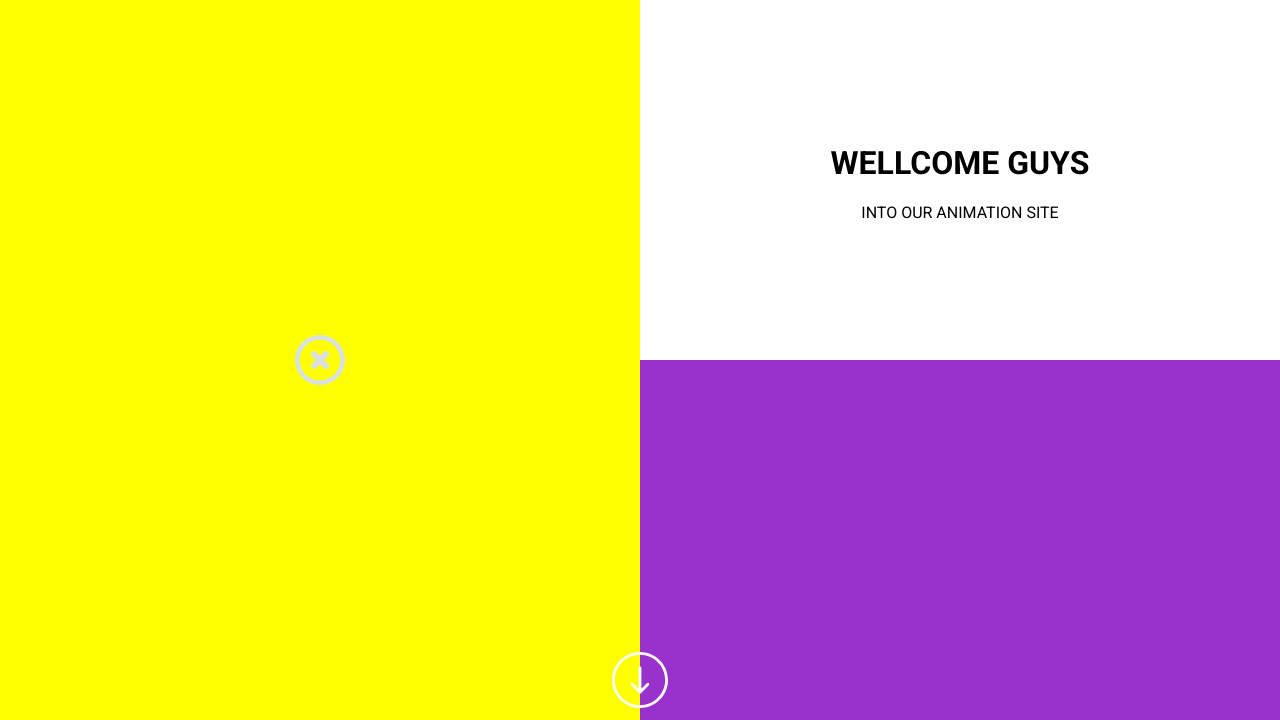
Repository: Rinzlerte/react-reveale-animation
Page: /main
An editor plug-in stored every save of this project. The page is shown before and after the next save, followed by the edit.
The browser window is 1280 px wide. The pictures show the whole page.
The project was rebuilt for these pictures with package versions that can differ from the ones it lists, and the page was loaded fresh each time. Also part of the build but not shown: src/components/home/Promoslider.jsx, src/components/home/Header.jsx, src/components/home/Home.jsx, src/components/secondary/Secondary.css, src/components/secondary/Secondary.jsx, src/components/ui/BackBtn.js, src/components/featured/About.jsx, src/components/featured/Inform.jsx and 3 more.

Above is the page before, as saved 2019-10-22 17:17:19.

### public/index.html
<!DOCTYPE html>
<html lang="en">
  <head>
    <meta charset="utf-8" />
    <link rel="icon" href="%PUBLIC_URL%/favicon.ico" />
    <meta name="viewport" content="width=device-width, initial-scale=1" />
    <meta name="theme-color" content="#000000" />
    <meta
      name="description"
      content="Web site created using create-react-app"
    />
    <link rel="apple-touch-icon" href="logo192.png" />
    <link rel="stylesheet" href="https://fonts.googleapis.com/css?family=Roboto:300,400,500,700&display=swap" />
    <link rel="manifest" href="%PUBLIC_URL%/manifest.json" />
    <title>React App</title>
  </head>
  <body>
    <noscript>You need to enable JavaScript to run this app.</noscript>
    <div id="root"></div>
  </body>
</html>

### src/App.js
import React, { Component } from 'react';
import { BrowserRouter, Route } from 'react-router-dom';
import './Resources/styles.css'

import Home from './components/home/Home';
import Main from './components/main/Main';


import About from './components/featured/About';
import Inform from './components/featured/Inform';

import Navigation from './components/navigation/Navigation';
import Contacts from './components/featured/Contacts';

export default class App extends Component {
  render() {
    return (
      <BrowserRouter >
        <Route exact path="/" render={() => <Home />} />
        <Route path="/main" render={() => <Main />}/>
        <Route path="/inform" render={() => <Inform />}/>
        <Route path="/menu" render={() => <Navigation />}/>
        <Route path="/contacts" render={() => <Contacts />}/>
        <Route path="/about" render={() => <About />}/>
      </BrowserRouter>
    )
  }
}

### src/Resources/styles.css
body {
  margin: 0;
  font-family: -apple-system, BlinkMacSystemFont, "Segoe UI", "Roboto", "Oxygen",
    "Ubuntu", "Cantarell", "Fira Sans", "Droid Sans", "Helvetica Neue",
    sans-serif;
  -webkit-font-smoothing: antialiased;
  -moz-osx-font-smoothing: grayscale;
  padding: 0;
  box-sizing: border-box;
  font-family: "Roboto", sans-serif;
}

code {
  font-family: source-code-pro, Menlo, Monaco, Consolas, "Courier New",
    monospace;
}

.home, .container{
  width: 100%;
}

.container{
  height: 100%;
}

/* HEADER */
.header_logo{
  color: white;
  font-size: 28px;
}

.home{
  display: flex;
  justify-content: space-between;
  align-items: center;
  flex-direction: column;
}




/* FOOTER */
.footer{
  bottom: 0;
  position: absolute;
  display: block;
  width: 100%;
  height: 80px;
  z-index: 99;
  display: flex;
  align-items: center;
  justify-content: space-around;
}


.arrow-btn, .back-btn{
  display: block;
}

.arrow-btn, .cross-btn, .back-btn{
  background-size: cover !important;

}




.box:hover + a{
    display: block !important;
}

.link{
  display: block;
}

### src/components/main/Main.jsx
import React from 'react';
import {ArrowBtn} from '../ui/ArrowBtn';
import {CrossBtn} from '../ui/CrossBtn';

import Slide from 'react-reveal/Slide';
import Wellcome from './Wellcome';
import Information from './Information';

import Secondary from '../secondary/Secondary';

import './Main.css';

  export default class Main extends React.Component {
      constructor(props){
          super(props);
          this.state={
			secondary: false,
		}
		this.toogleSecondary = this.toogleSecondary.bind(this);
		this.handleEvent = this.handleEvent.bind(this);
      }

	handleEvent = (event) =>{
		var y = event.deltaY;
		if (y > 0) {
			console.log("scroll down");
		this.setState({
			secondary : true,
		})
		} else {
			console.log("scroll up");
			this.setState({
				// secondary : false,
			})
		}
	}
	toogleSecondary = (value) => {
		console.log(value);
		this.setState({
			secondary : value
		});
	}

    render(){
        return (
				<div className="main" style={{ height:`${window.innerHeight}px`}} onWheel={(event)=>this.handleEvent(event)}>
					<div className="container" style={{display:`flex`, height:`${window.innerHeight}px`}}>
						<Slide left>
							<div className="about-box">
								<CrossBtn  width="50px" height="50px" link="true" linkTo="/about"/>
							</div>
						</Slide>
						<Slide right>
							<div className="intro">
								<Wellcome />
								<Information />
							</div>
						</Slide>
					</div>
					{	this.state.secondary?
						<Secondary />
						:null
					}
					<div className="footer" onClick={(e)=>this.toogleSecondary(true)}>
						<ArrowBtn
							width="56px" height="56px" link="true" linkTo="/secondary"
						/>
					</div>
				</div>
        );
    }
}

### src/components/ui/ArrowBtn.js
import React from "react";
import { Link } from "react-router-dom";

import IconImage from "../../Resources/images/logos/down-arrow.svg";

export const ArrowBtn = props => {
  const template = (
    <div
      className="arrow-btn"
      style={{
        width: props.width,
        height: props.height,
        background: `url(${IconImage}) no-repeat`
      }}
    />
  );

  if (props.link) {
    return (
      <Link to={props.linkTo} className="link">
        {template}
      </Link>
    );
  } else {
    return template;
  }
};

### src/components/ui/CrossBtn.js
import React from "react";
import { Link } from "react-router-dom";

import image from "../../Resources/images/logos/close.svg";

export const CrossBtn = props => {
  const template = (
    <div
      className="cross-btn"
      style={{
        width: props.width,
        height: props.height,
        background: `url(${image}) no-repeat`,
        opacity: props.opacity
      }}
    />
  );

  if (props.link) {
    return (
      <Link to={props.linkTo} className="link">
        {template}
      </Link>
    );
  } else {
    return template;
  }
};

### src/components/main/Wellcome.jsx
import React from 'react';

const Wellcome = () => {
    return (
        <div className="wellcome-box">
         <div className="wellcome-wrapper">
            <h1>WELLCOME GUYS</h1>
            <p>INTO OUR ANIMATION SITE</p>
         </div>
        </div>
    );
};

export default Wellcome;

### src/components/main/Information.jsx
import React, { Component } from 'react';
import Roll from 'react-reveal/Roll';
import {CrossBtn} from '../ui/CrossBtn';

export default class Information extends Component {

    constructor(props) {
        super(props)
        this.state = {
          opacity: 0
        }
        this.mouseEnter = this.mouseEnter.bind(this);
        this.mouseLeave = this.mouseLeave.bind(this);
      }

    mouseEnter() {
        console.log('mouse enter')
        this.setState({opacity: 1})
    }

    mouseLeave() {
        console.log('mouse leave')
        this.setState({
            opacity: 0
        })
    }

    render() {
        return (
            <div className="inform-box" onMouseEnter={this.mouseEnter} onMouseLeave={this.mouseLeave}>
                <Roll Roll top when={this.state.show}>
                    <CrossBtn  width="50px" height="50px" link="true" linkTo="/inform" opacity={this.state.opacity}/>
                </Roll>
            </div>
        )
    }
}

### src/components/main/Main.css

.main{
	display: flex;
	width: 100%;
	overflow: hidden;
}

.intro, .about{
	width: 50%;
	height: 100%;
}

.about-box{
	width: 50%;
	height: 100%;
	background-color: yellow;
	display: flex;
	justify-content: space-around;
	align-items: center;
}

.wellcome-box{
	width: 100%;
	height: 50%;
	background-color: white;
	display: flex;
	justify-content: space-around;
	align-items: center;
	text-align: center;
}


.inform-box{
	width: 100%;
	height: 50%;
	display: flex;
	justify-content: space-around;
	align-items: center;
	background-color: darkorchid;
}

Loaded but not shown: src/index.js (common file)

After the next save:
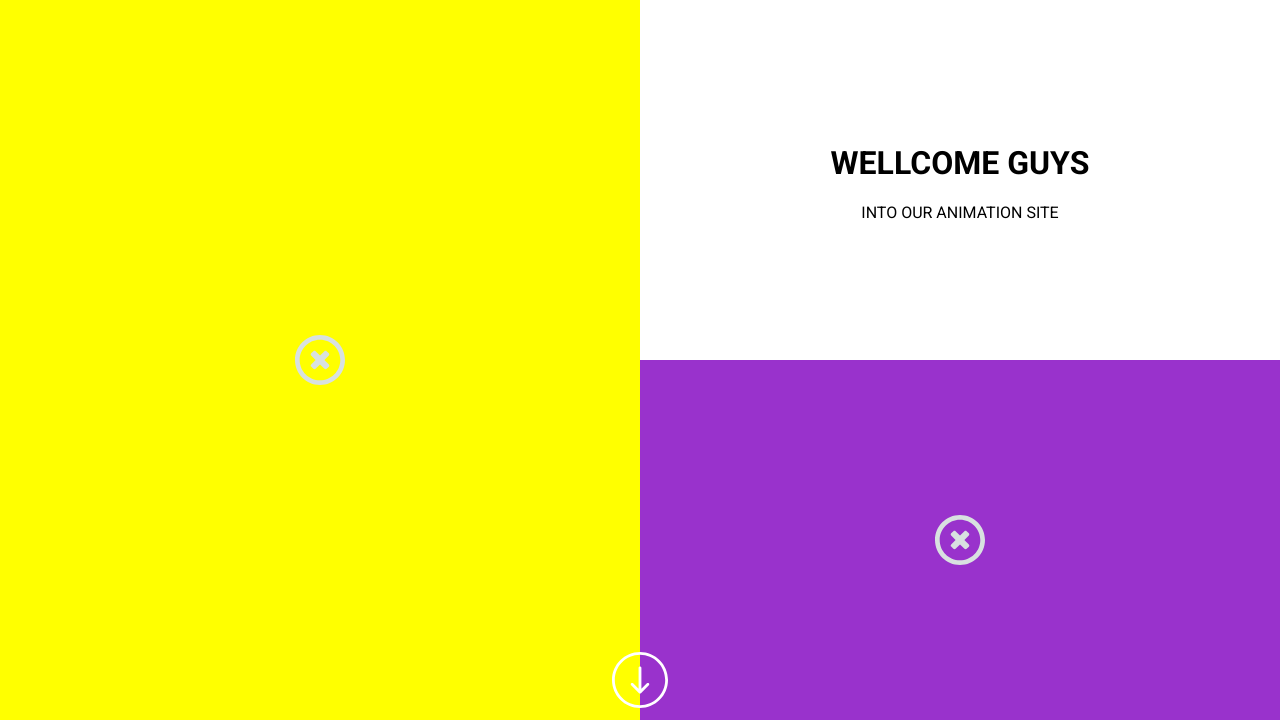
Saved 19 s later.
--- a/src/components/main/Information.jsx
+++ b/src/components/main/Information.jsx
@@ -15,7 +15,7 @@
 
     mouseEnter() {
         console.log('mouse enter')
-        this.setState({opacity: 1})
+        this.setState({shown: 1})
     }
 
     mouseLeave() {
@@ -29,7 +29,7 @@
         return (
             <div className="inform-box" onMouseEnter={this.mouseEnter} onMouseLeave={this.mouseLeave}>
                 <Roll Roll top when={this.state.show}>
-                    <CrossBtn  width="50px" height="50px" link="true" linkTo="/inform" opacity={this.state.opacity}/>
+                    <CrossBtn  width="50px" height="50px" link="true" linkTo="/inform"/>
                 </Roll>
             </div>
         )

After the 2 saves that followed:
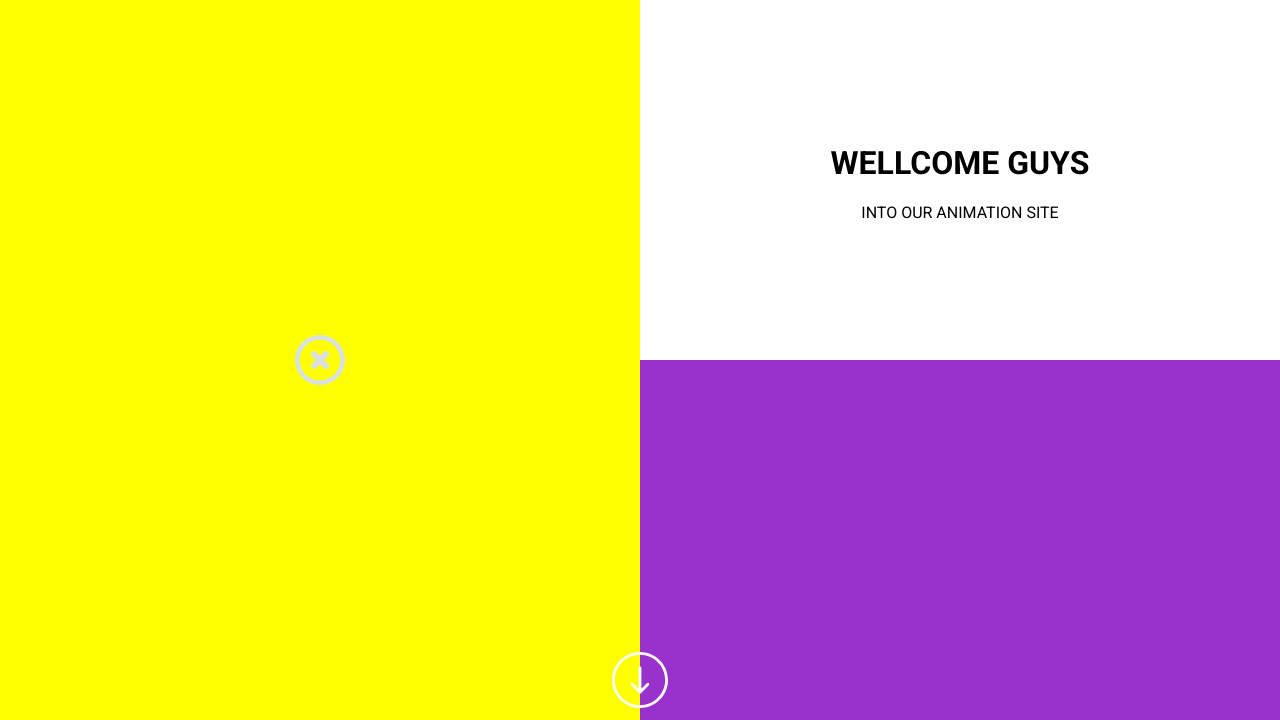
The 2 saves are shown as one change because 1 left the picture as it was.
The last was saved 44 s later.
--- a/src/components/ui/CrossBtn.js
+++ b/src/components/ui/CrossBtn.js
@@ -10,8 +10,7 @@ export const CrossBtn = props => {
       style={{
         width: props.width,
         height: props.height,
-        background: `url(${image}) no-repeat`,
-        opacity: props.opacity
+        background: `url(${image}) no-repeat`
       }}
     />
   );
--- a/src/components/main/Information.jsx
+++ b/src/components/main/Information.jsx
@@ -7,7 +7,7 @@
     constructor(props) {
         super(props)
         this.state = {
-          opacity: 0
+          show: false
         }
         this.mouseEnter = this.mouseEnter.bind(this);
         this.mouseLeave = this.mouseLeave.bind(this);
@@ -15,13 +15,13 @@
 
     mouseEnter() {
         console.log('mouse enter')
-        this.setState({shown: 1})
+        this.setState({shown: true})
     }
 
     mouseLeave() {
         console.log('mouse leave')
         this.setState({
-            opacity: 0
+            show: false
         })
     }
 
